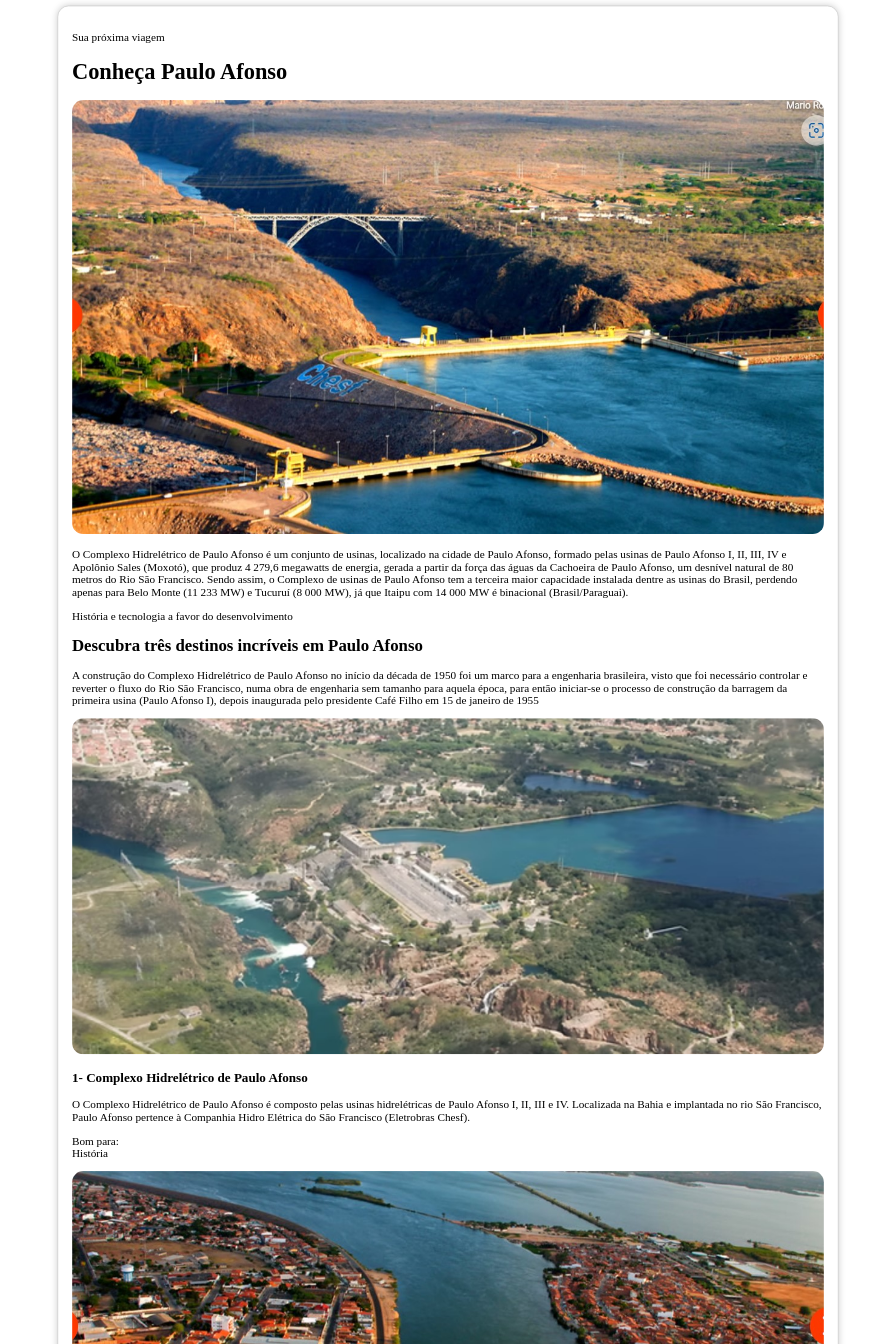
Repository: JeffRodFer/testeGitXGithub
Page: index.html
The author's editor kept a copy of each file at every save. The page is drawn from the files as they stood at one save, then again after the next save.
The browser window is 1280 px wide. The pictures show the part of the page from y = 0 to 1920 px (the page is 3140 px tall before and 3066 px after), at 70% of full size.

Above is the page before, as saved 2025-03-15 21:08:58.

After the next save:
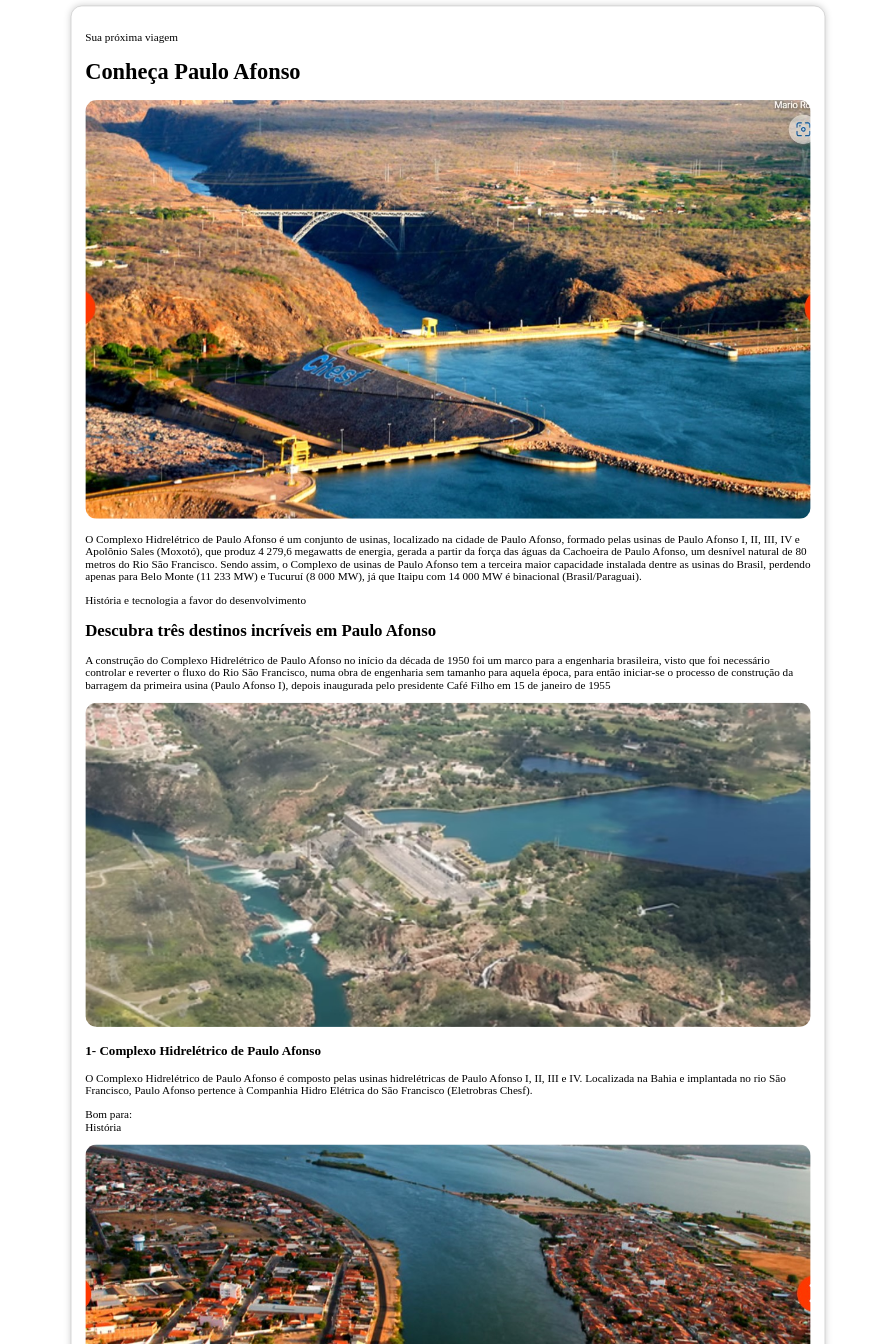
Saved 18 s later.
--- a/style.css
+++ b/style.css
@@ -4,7 +4,7 @@ body {
 }
 
 .page {
-    width: 85%;
+    width: 82%;
     margin: 0 auto;
     padding: 20px;
     background-color: white;
